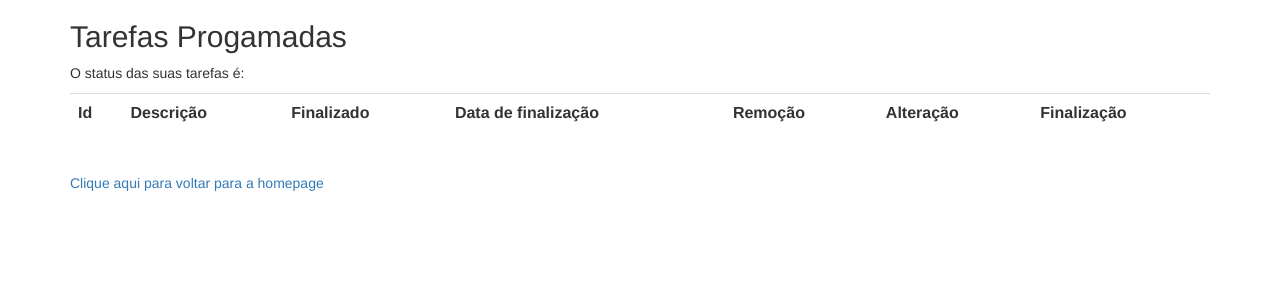
Repository: engcarlosrosa/ChatInsper
Page: http://localhost/handout15/listaTarefas
These files come from the project's save history. The page is drawn as it stood at one moment and after the next save; the edit follows.
The browser window is 1280 px wide. The pictures show the whole page.
The page is served by Tomcat 9. Other server files are loaded and not shown. Queries for data that is not in the repository find no rows.

Above is the page before, as saved 2016-10-25 21:27:29.

### handout15/WebContent/WEB-INF/views/lista.jsp
<%@ page language="java" contentType="text/html; charset=UTF-8" pageEncoding="UTF-8"%>
<%@ taglib uri="http://java.sun.com/jsp/jstl/core" prefix="c" %>
<%@ taglib uri="http://java.sun.com/jsp/jstl/fmt" prefix="fmt" %>
<html>
<body>
   <head>
  <title>Bootstrap Example</title>
  <meta charset="utf-8">
  <meta name="viewport" content="width=device-width, initial-scale=1">
  <link rel="stylesheet" href="https://maxcdn.bootstrapcdn.com/bootstrap/3.3.7/css/bootstrap.min.css">
  <script src="https://ajax.googleapis.com/ajax/libs/jquery/1.12.4/jquery.min.js"></script>
  <script src="https://maxcdn.bootstrapcdn.com/bootstrap/3.3.7/js/bootstrap.min.js"></script>
</head>
<body>

<div class="container">
  <h2>Tarefas Progamadas</h2>
  <p>O status das suas tarefas é:</p>
  <table class="table">
      <tr>
         <th>Id</th>
         <th>Descrição</th>
         <th>Finalizado</th>
         <th>Data de finalização</th>
         <th>Remoção</th>
         <th>Alteração</th>
         <th>Finalização</th>
      </tr>
      <c:forEach items="${tarefas}" var="tarefa">
         <tr>

            <td>${tarefa.id}</td>

            <td>${tarefa.descricao}</td>

            <c:if test="${tarefa.finalizado eq false}">
               <td>Não finalizada</td>
            </c:if>
            <c:if test="${tarefa.finalizado eq true}">
               <td>Finalizado</td>
            </c:if>

            <td>
               <fmt:formatDate value="${tarefa.dataFinalizacao.time}" pattern="dd/MM/yyyy"/>
            </td>
   			<td><a href="removeTarefa?id=${tarefa.id}">Remover</a></td>
   			<td><a href="mostraTarefa?id=${tarefa.id}">Alterar</a></td>
   			<td><a href="mostrafinalizaTarefa?id=${tarefa.id}">Finalizar</a></td>
         </tr>
      </c:forEach>
   </table>
   <br>
   <a href="homepage">Clique aqui para voltar para a homepage</a><br>
</body>
</html>

### handout15/src/mvc/controller/TarefaDAO.java
package mvc.controller;


import java.sql.Date;
import java.sql.*;
import java.util.*;

import mvc.model.Tarefa;

public class TarefaDAO {

    private Connection connection = null;

    public TarefaDAO() {
        try {
            Class.forName("com.mysql.jdbc.Driver");
                connection = DriverManager.getConnection(
                            "jdbc:mysql://localhost/meus_dados", "root", "123456");
        } catch (SQLException | ClassNotFoundException e) {e.printStackTrace();}
    }

    public void adicionaDescricao(Tarefa tarefa) {
        try {
            String sql = "INSERT INTO Tarefas (descricao) values(?)";
            PreparedStatement stmt = connection.prepareStatement(sql);
            stmt.setString(1,tarefa.getDescricao());
            stmt.execute();
            stmt.close();
        } catch (SQLException e) {e.printStackTrace();}
    }

    public void adiciona(Tarefa tarefa) {
        try {
            String sql = "INSERT INTO Tarefas" +
                         "(descricao,finalizado,dataFinalizacao) values(?,?,?)";
            PreparedStatement stmt = connection.prepareStatement(sql);
            stmt.setString(1,tarefa.getDescricao());
            stmt.setBoolean(2, tarefa.isFinalizado());
            stmt.setDate(3, new Date(tarefa.getDataFinalizacao().getTimeInMillis()));
            stmt.execute();
            stmt.close();
        } catch (SQLException e) {e.printStackTrace();}
    }

    public List<Tarefa> getLista() {
        List<Tarefa> tarefas = new ArrayList<Tarefa>();
        try {
            PreparedStatement stmt = connection.
					prepareStatement("SELECT * FROM Tarefas");
            ResultSet rs = stmt.executeQuery();
            while (rs.next()) {
                Tarefa tarefa = new Tarefa();
                tarefa.setId(rs.getLong("id"));
                tarefa.setDescricao(rs.getString("descricao"));
                tarefa.setFinalizado(rs.getBoolean("finalizado"));
                Calendar data = Calendar.getInstance();
                Date dataFinalizacao = rs.getDate("dataFinalizacao");
                if(dataFinalizacao!=null) {
                    data.setTime(dataFinalizacao);
                    tarefa.setDataFinalizacao(data);
                }
                tarefas.add(tarefa);
            }
            rs.close();
            stmt.close();
        } catch(SQLException e) {System.out.println(e);}
        return tarefas;
    }

    public void remove(Tarefa tarefa) {
        try {
            PreparedStatement stmt = connection
	                .prepareStatement("DELETE FROM Tarefas WHERE id=?");
            stmt.setLong(1, tarefa.getId());
            stmt.execute();
            stmt.close();
        } catch(SQLException e) {System.out.println(e);}
    }

    public Tarefa buscaPorId(Long id) {
        Tarefa tarefa = new Tarefa();
        try {
            PreparedStatement stmt = connection.
                                    prepareStatement("SELECT * FROM Tarefas WHERE id=? ");
            stmt.setLong(1, id);
            ResultSet rs = stmt.executeQuery();
            if(rs.next()) {
                tarefa.setId(rs.getLong("id"));
                tarefa.setDescricao(rs.getString("descricao"));
                tarefa.setFinalizado(rs.getBoolean("finalizado"));
                Calendar data = Calendar.getInstance();
                Date dataFinalizacao = rs.getDate("dataFinalizacao");
                if(dataFinalizacao!=null) {
                    data.setTime(dataFinalizacao);
                    tarefa.setDataFinalizacao(data);
                }
            }
            rs.close();
            stmt.close();
        } catch(SQLException e) {System.out.println(e);}
        return tarefa;
    }

    public void altera(Tarefa tarefa) {
        try {
            String sql = "UPDATE Tarefas SET descricao=?, finalizado=?, " +
            "dataFinalizacao=? WHERE id=?";
            PreparedStatement stmt = connection.prepareStatement(sql);
            stmt.setString(1, tarefa.getDescricao());
            stmt.setBoolean(2, tarefa.isFinalizado());
            if(tarefa.getDataFinalizacao()!=null) {
            	stmt.setDate(3, new Date(tarefa.getDataFinalizacao().getTimeInMillis()));
            } else {
            	stmt.setDate(3, new Date(Calendar.getInstance().getTimeInMillis()));
            }
            stmt.setLong(4, tarefa.getId());
            stmt.executeUpdate();
            stmt.close();
        } catch(SQLException e) {System.out.println(e);}
    }

    public void finaliza(Long id) {
        try {
            String sql = "UPDATE Tarefas SET finalizado=?, dataFinalizacao=? " +
		            "WHERE id=?";
            PreparedStatement stmt = connection.prepareStatement(sql);
            stmt.setBoolean(1, true);
            stmt.setDate(2, new Date(Calendar.getInstance().getTimeInMillis()));
            stmt.setLong(3, id);
            stmt.executeUpdate();
            stmt.close();
        } catch(SQLException e) {System.out.println(e);}
    }

    public void close() {
        try { connection.close();}
        catch (SQLException e) {e.printStackTrace();}
    }

}

After the next save:
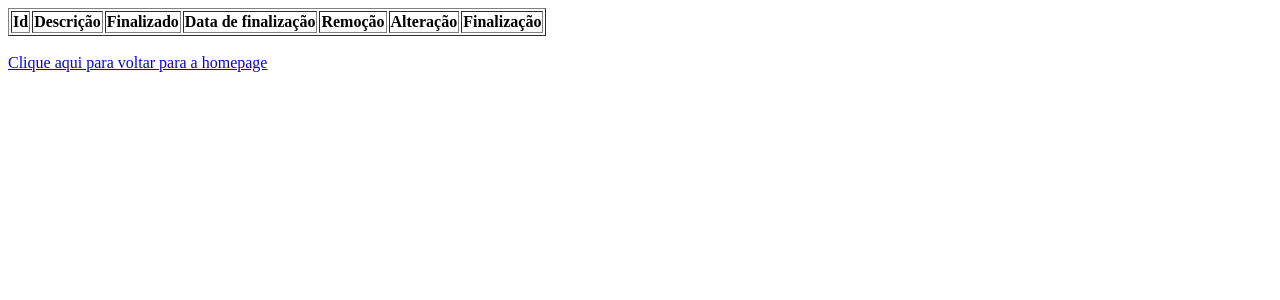
Saved 46 s later.
--- a/handout15/WebContent/WEB-INF/views/lista.jsp
+++ b/handout15/WebContent/WEB-INF/views/lista.jsp
@@ -3,20 +3,7 @@
 <%@ taglib uri="http://java.sun.com/jsp/jstl/fmt" prefix="fmt" %>
 <html>
 <body>
-   <head>
-  <title>Bootstrap Example</title>
-  <meta charset="utf-8">
-  <meta name="viewport" content="width=device-width, initial-scale=1">
-  <link rel="stylesheet" href="https://maxcdn.bootstrapcdn.com/bootstrap/3.3.7/css/bootstrap.min.css">
-  <script src="https://ajax.googleapis.com/ajax/libs/jquery/1.12.4/jquery.min.js"></script>
-  <script src="https://maxcdn.bootstrapcdn.com/bootstrap/3.3.7/js/bootstrap.min.js"></script>
-</head>
-<body>
-
-<div class="container">
-  <h2>Tarefas Progamadas</h2>
-  <p>O status das suas tarefas é:</p>
-  <table class="table">
+   <table border="1">
       <tr>
          <th>Id</th>
          <th>Descrição</th>
